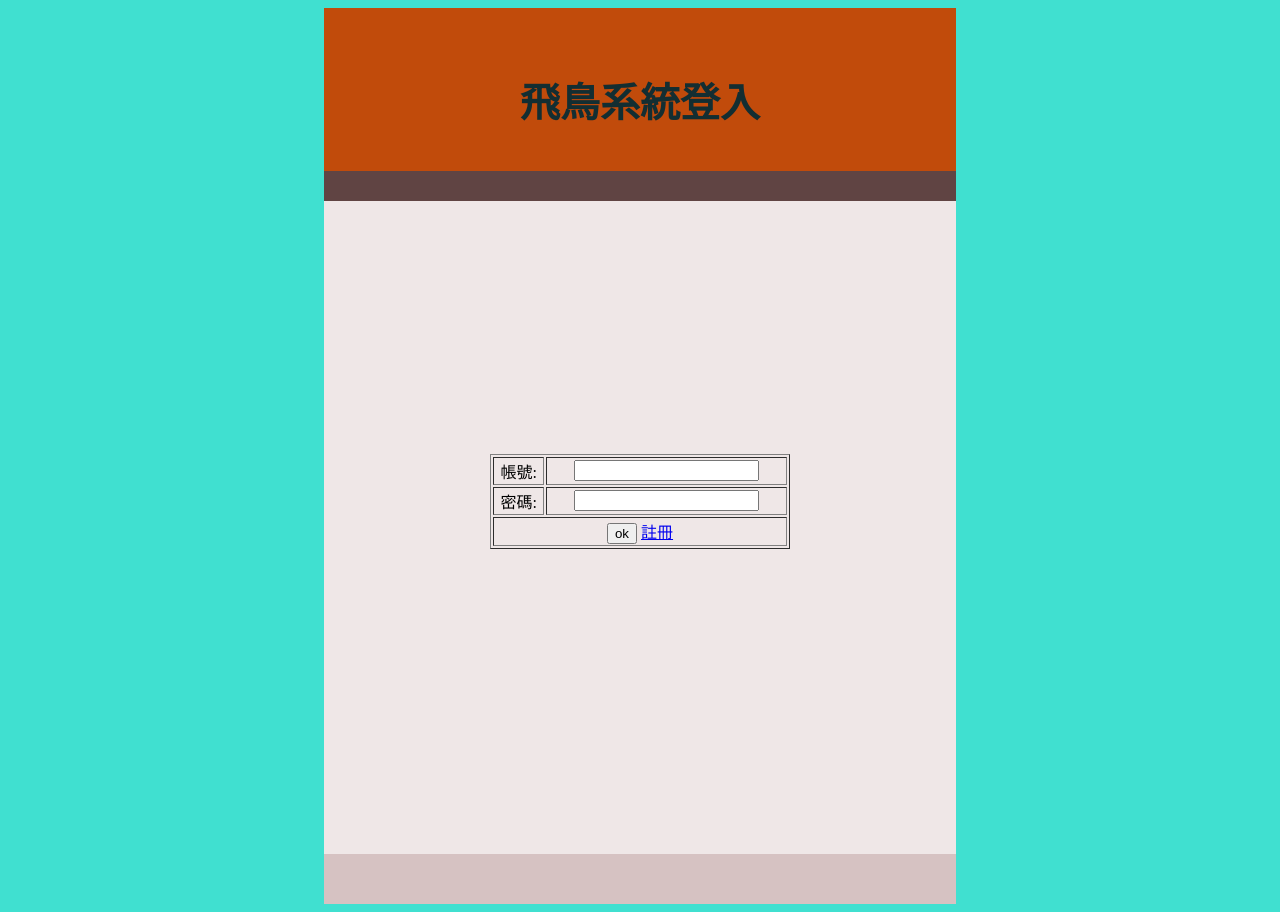
Repository: pride0420/portfolio
Page: Portfolio/1_springBoot/src/main/resources/static/index.html
The author's editor kept a copy of each file at every save. The page is drawn from the files as they stood at one save, then again after the next save.
The browser window is 1280 px wide. The pictures show the whole page.

Above is the page before, as saved 2023-11-30 14:39:02.

### Portfolio/1_springBoot/src/main/resources/static/index.html
<!DOCTYPE html>
<html>
<link rel="stylesheet" href="css/index.css">
<head>
<meta charset="utf-8">
<title>Insert title here</title>
</head>
<body>
<form action="login" method="post">
<div id="header" >飛鳥系統登入</div>
	<div id="navigater"></div>
		<div id="content"><op><table align="center" border="1" width=300>
		<tr align="center" border-collapse:collapse;>
			<td>帳號:</td>
			<td><input type="text" name="username"></td>
		</tr>
		<tr align="center">
			<td>密碼:</td>
			<td><input type="password" name="password"></td>
		</tr>
		<tr align="center">
			<td colspan="2"><input type="submit" value="ok">
			<a href="addError">註冊</td>

		</tr>
	</table></op></div>
</form>

<div id="footer"></div>
</body>
</html>

### Portfolio/1_springBoot/src/main/resources/static/css/index.css
@charset "BIG5";
body{
	 background-color:  #40e0d0;
}
#header{
	background-color: #C14B0B;
	width: 50%;
	height:100px;
	margin-left: 25%;
	color: #132E32;
	font-weight:800;
	font-size:250%;
	text-align: center;
	padding-top: 5%;
}
#navigater{

	background-color:#604443;
	width: 50%;
	height:30px;
	margin-left: 25%;
}
#nav{
	color:white;
	padding-left:60%;

}
#content{
	background-color:#EFE7E7;
	width: 50%;
	height:400px;
	margin-left: 25%;
	padding-top: 20%;
}
#footer{
	background-color:#D6C2C2;
	width: 50%;
	height:50px;
	margin-left: 25%;
}

op {
	padding-top: 5%;
	padding-bottom: 5%;


}

After the next save:
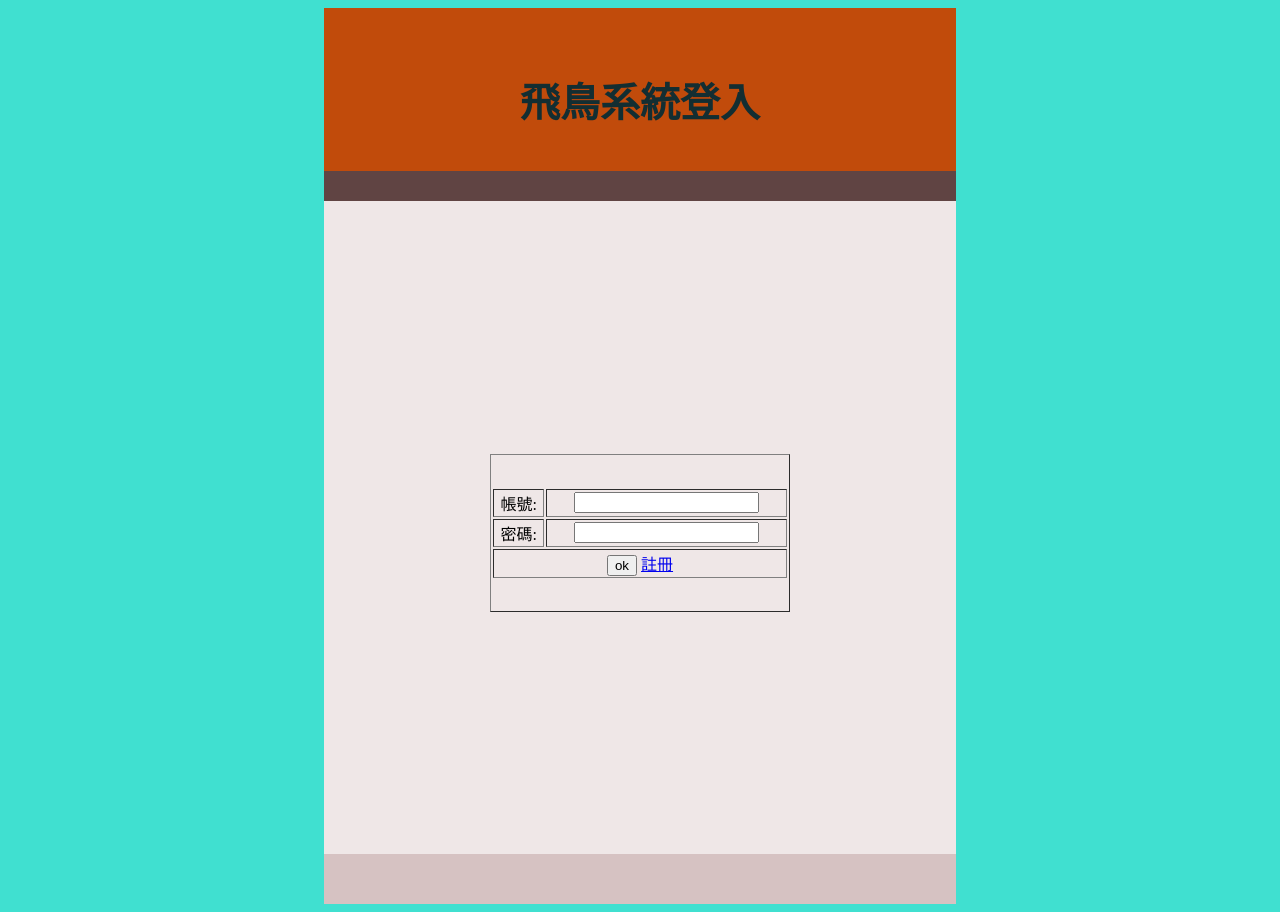
Saved 22 s later.
--- a/Portfolio/1_springBoot/src/main/resources/static/css/index.css
+++ b/Portfolio/1_springBoot/src/main/resources/static/css/index.css
@@ -39,7 +39,7 @@ body{
 	margin-left: 25%;
 }
 
-op {
+op table{
 	padding-top: 5%;
 	padding-bottom: 5%;
 
